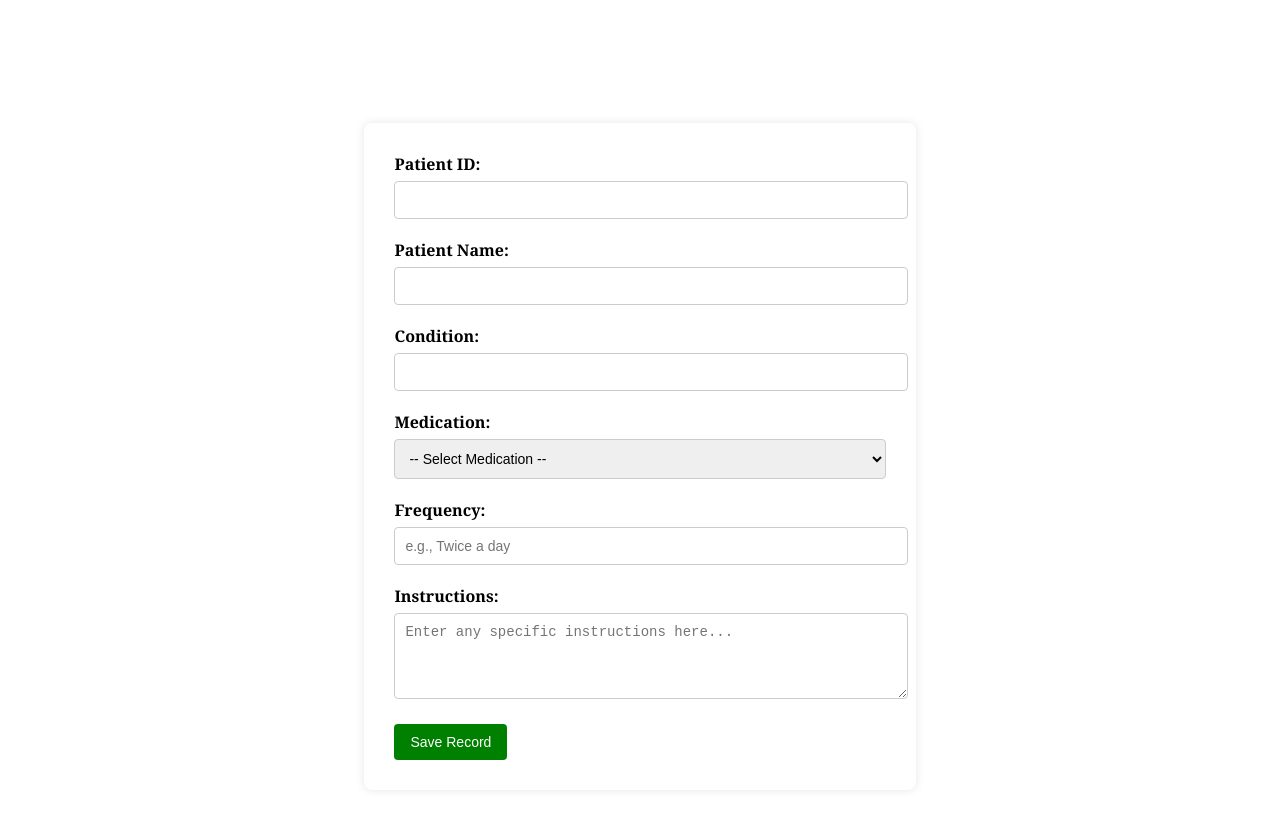
Repository: BinuriJ/HospitalSystem
Page: http://localhost/CyborgSys/DocDashCreate.jsp
The author's editor kept a copy of each file at every save. The page is drawn from the files as they stood at one save, then again after the next save.
The browser window is 1280 px wide. The pictures show the whole page.
The page is served by Tomcat 9.

Above is the page before, as saved 2025-05-10 05:52:32.

### CyborgSys/WebContent/DocDashCreate.jsp
<%@ page language="java" contentType="text/html; charset=UTF-8"
    pageEncoding="UTF-8"%>
<!DOCTYPE html>
<%@ include file="DocterDashboardstyles.jsp" %>
<html>
<head>
<meta charset="UTF-8">
<title>Create new record</title>
<style>
    	<jsp:include page="footerCss.jsp" />
</style>
</head>

<body>

<h2>Create New Patient Record</h2>

<form action="submitRecord.jsp" method="post">
    <label for="patientId">Patient ID:</label>
    <input type="text" id="patientId" name="patientId" required>

    <label for="patientName">Patient Name:</label>
    <input type="text" id="patientName" name="patientName" required>

    <label for="condition">Condition:</label>
    <input type="text" id="condition" name="condition" required>

    <label for="medication">Medication:</label>
    <select id="medication" name="medication" required>
        <option value="">-- Select Medication --</option>
        <option value="Paracetamol">Paracetamol</option>
        <option value="Ibuprofen">Ibuprofen</option>
        <option value="Amoxicillin">Amoxicillin</option>
        <option value="Azithromycin">Azithromycin</option>
    </select>

    <label for="frequency">Frequency:</label>
    <input type="text" id="frequency" name="frequency" placeholder="e.g., Twice a day" required>

    <label for="instructions">Instructions:</label>
    <textarea id="instructions" name="instructions" rows="4" cols="40" placeholder="Enter any specific instructions here..."></textarea>

    <button class="btn btn-submit" type="submit">Save Record</button>
</form>


</body>
</html>

### CyborgSys/WebContent/DocterDashboardstyles.jsp
<style>
body {
    font-family: Cambria, sans-serif;
    padding: 40px;
    margin: 0;
    background-color: white;
}

.top-bar {
    background-color: darkblue;
    color: white;
    padding: 15px 20px;
    display: flex;
    justify-content: space-between;
    align-items: center;
}

.container {
    padding: 20px;
}

.header {
    display: flex;
    justify-content: space-between;
    align-items: center;
    margin-bottom: 20px;
}

.btn {
    padding: 10px 16px;
    border: none;
    border-radius: 4px;
    cursor: pointer;
    font-size: 14px;
}

.btn-create {
    background-color: green;
    color: white;
}

.btn-create:hover {
    background-color: darkgreen;
}

.btn-edit {
    background-color: green;
    color: white;
}

.btn-edit:hover {
    background-color: darkgreen;
}

.btn-delete {
    background-color: red;
    color: white;
}

.btn-delete:hover {
    background-color: darkred;
}

.btn-submit {
    background-color: green;
    color: white;
}

.btn-submit:hover {
    background-color: darkgreen;
}


table {
    width: 100%;
    border-collapse: collapse;
    background-color: white;
}

th, td {
    border: 1px solid #ddd;
    padding: 12px;
    text-align: center;
}

th {
    background-color: #f2f2f2;
}

.actions {
    display: flex;
    gap: 10px;
}

h2 {
    text-align: center;
    margin-bottom: 30px;
    color: white;
}

form {
    max-width: 500px;
    margin: 0 auto;
    background-color: white;
    padding: 30px;
    border-radius: 8px;
    box-shadow: 0 0 10px rgba(0,0,0,0.1);
}

label {
    display: block;
    margin-bottom: 6px;
    font-weight: bold;
    color: black;
}

input[type="text"],
select,
textarea {
    width: 100%;
    padding: 10px;
    margin-bottom: 20px;
    border: 1px solid #ccc;
    border-radius: 4px;
    font-size: 14px;
}

textarea {
    resize: vertical;
}








</style>

### CyborgSys/WebContent/footerCss.jsp
<style>

html, body {
    height: 100%; /* Make the html and body take full height of the viewport */
}

body {
    display: flex;
    flex-direction: column; /* Use flexbox to arrange content vertically */
    min-height: 100vh; /* Make body take the full height of the viewport */
}

.container {
    flex: 1; /* Let the main content expand to fill the available space */
}

footer {
    background-color: darkblue; /* Dark background for the footer */
    color: white; /* White text */
    padding: 10px 0; /* Padding for the footer */
    text-align: center; /* Center the footer text */
}

</style>

After the next save:
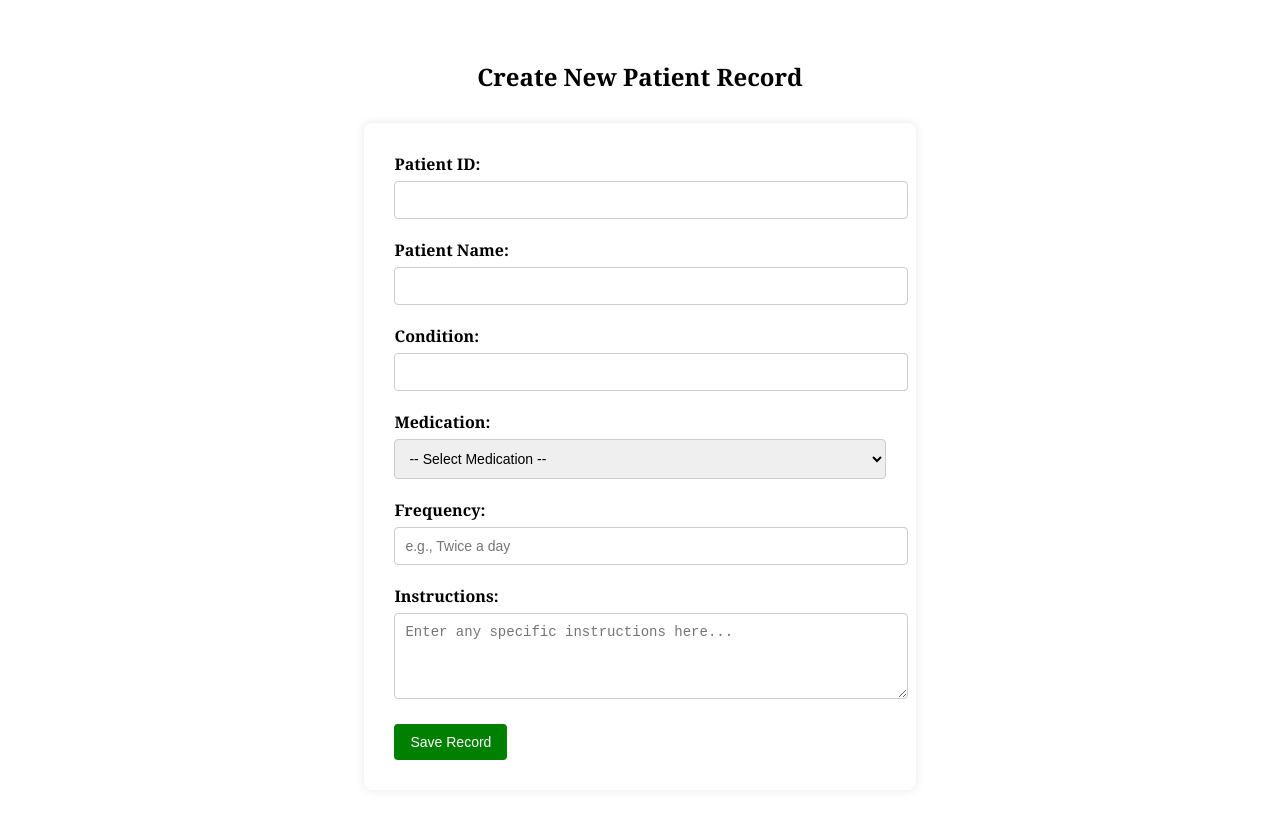
Saved 4 s later.
--- a/CyborgSys/WebContent/DocterDashboardstyles.jsp
+++ b/CyborgSys/WebContent/DocterDashboardstyles.jsp
@@ -95,7 +95,7 @@ th {
 h2 {
     text-align: center;
     margin-bottom: 30px;
-    color: white;
+    color: black;
 }
 
 form {
